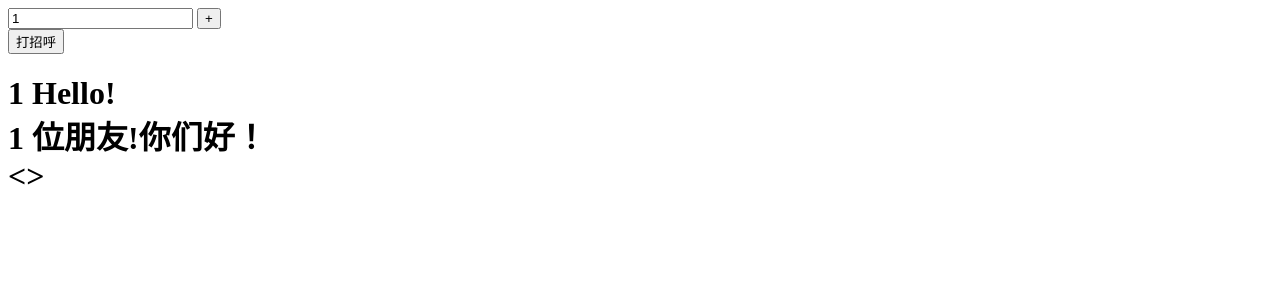
Repository: SOROoi/Web_front-end
Page: Web01_Vue/src/main/webapp/index.html
These files come from the project's save history. The page is drawn as it stood at one moment and after the next save; the edit follows.
The browser window is 1280 px wide. The pictures show the whole page.

Above is the page before, as saved 2020-07-11 08:46:47.

After the next save:
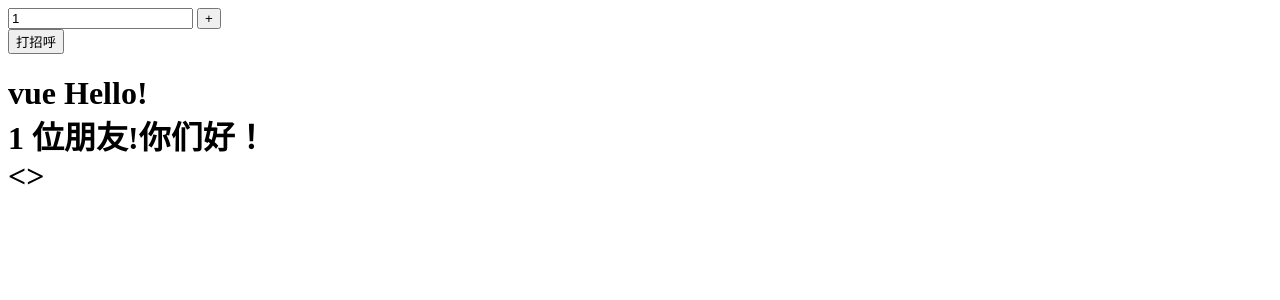
Saved 8 s later.
--- a/Web01_Vue/src/main/webapp/index.html
+++ b/Web01_Vue/src/main/webapp/index.html
@@ -13,7 +13,7 @@
 		<br>
 		<button @click="sayhi('大家都好！')">打招呼</button>
 		<h1>
-			<span v-text="num"></span> Hello! <br> {{num}} 位朋友!{{message}}<br>
+			<span v-text="name"></span> Hello! <br> {{num}} 位朋友!{{message}}<br>
 			<>
 		</h1>
 	</div>
